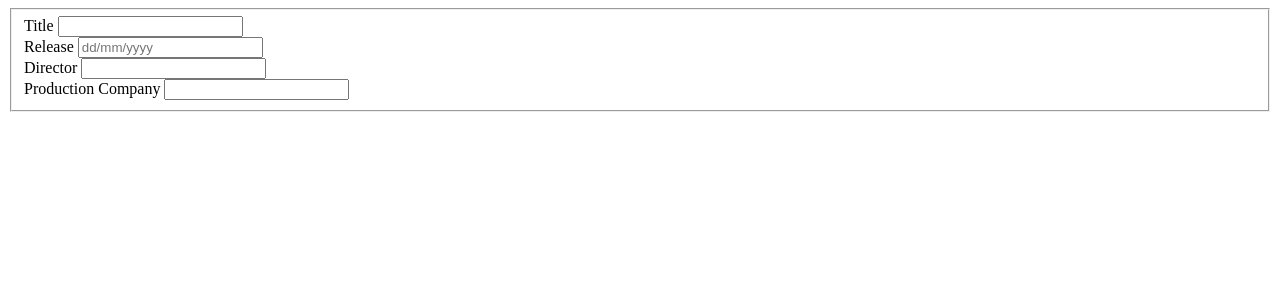
Repository: ndonnelly7/clinic-web-app
Page: http://localhost/SQLTest/jsp/second.jsp
An editor plug-in stored every save of this project. The page is shown before and after the next save, followed by the edit.
The browser window is 1280 px wide. The pictures show the whole page.
The page is served by Tomcat 9. Nobody is signed in. The application's start-up code is not run.

Above is the page before, as saved 2014-04-25 11:11:50.

After the next save:
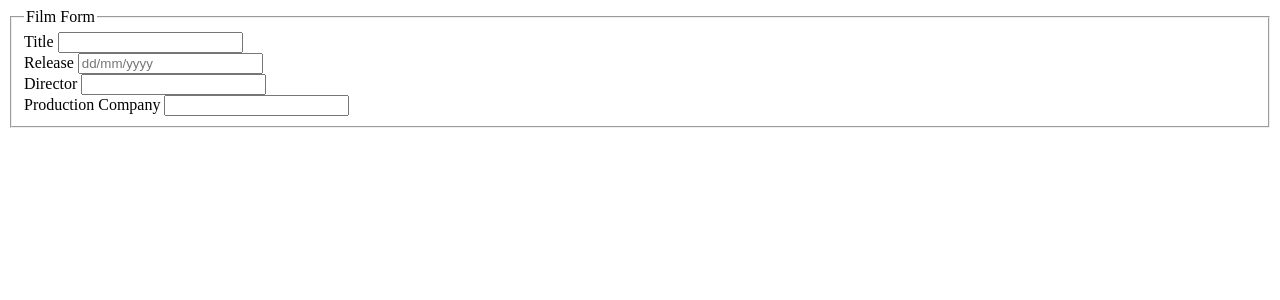
Saved 7 s later.
--- a/Web App/SQLTest/war/jsp/second.jsp
+++ b/Web App/SQLTest/war/jsp/second.jsp
@@ -9,6 +9,7 @@
 <body>
 <form id="film__form" class="pure-form pure-form-aligned" method="POST" action="film.do">
 	<fieldset id="film_field">
+	<legend>Film Form</legend>
 
 	<div class="pure-control-group">
 	<label for="film_title">Title </label>
